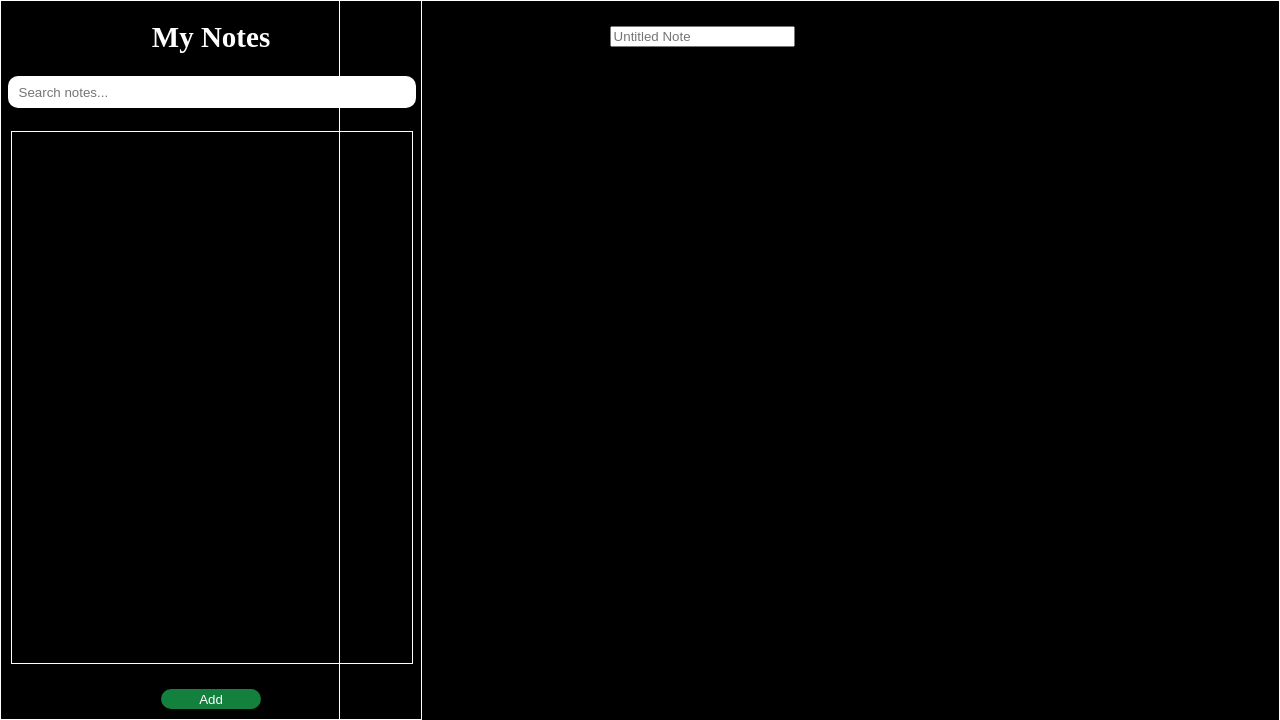
Repository: dmpelaez/myNotes
Page: QuickNotes.html
An editor plug-in stored every save of this project. The page is shown before and after the next save, followed by the edit.
The browser window is 1280 px wide. The pictures show the whole page.

Above is the page before, as saved 2025-12-18 21:06:32.

### QuickNotes.html
<!DOCTYPE html>

  <html>

    <head>

      <title>Quick Notes</title>

      <!--CSS LINK-->
      <link rel="stylesheet" href="QuickNotes.css">
    </head>
    <body>

      <!--Note section-->
      <aside class="aside-section">

        <!--My notes part-->
        <div class="myNotes">
          <p class="my-notes-text">My Notes</p>
        </div>
        <!--Search notes-->
        <div class="input-box">
          <input class="input" placeholder="Search notes...">
        </div>
        <!--Notes-->
        <div class="note-list"></div>
        <!--add button-->
        <button class="add-button">Add</button>

      </aside>

      <!---Typing section-->
      <main class="main-section">

        <!--Header-->
        <div class="header-section">

          <input class="title-notes" placeholder="Untitled Note">

        </div>

      </main>


    </body>

  </html>

### QuickNotes.css
body {
  margin: 0;
  padding: 0;
  background: black;
  box-sizing: border-box;
}
* {
  color: rgb(255, 255, 255);
}
.aside-section {
  border: 1px solid white;
  display: grid;
  width: 400px;
  position: fixed;
  bottom: 0;
  top: 0;
  grid-template-rows: 40px 30px 1fr 20px;
  padding: 10px;
  gap: 25px;

}

.my-notes-text {
  display: flex;
  margin: 0px;
  justify-self: center;
  align-self: center;
  margin-top: 10px;
}
.note-list {
  border: 1px solid white;
  width: 100%;
}

.my-notes-text {
  font-weight: bold;
  font-size: 29px;
}

.input {
  color: black;
  display: flex;
  align-self: center;
  justify-self: center;
  Width: 99%;
  height: 100%;
  border-radius: 10px;
  border: none;
  outline: none;
  padding-left: 10px;
  margin-left: 1px;
}
.input::placeholder {
  padding-left: 1px;

}

.add-button {
  width: 100px;
  display: flex;
  justify-self: center;
  background: rgb(19, 128, 61);
  border: none;
  border-radius: 10px;
  color: white;
  font-family: arial;
  align-items: center;
  justify-content: center;
  cursor: pointer;
}

.note-list {
  display: grid;
}

.main-section {
  position: fixed;
  left: 26.5%;
  border: 1px solid white;
  right: 0px;
  height: 100%;
  display: grid;
  grid-template-rows: 70px 1fr 100px;

}

.header-section {
  display: flex;
  justify-self: center;
  align-self: center;
  width: 400px;
}

After the next save:
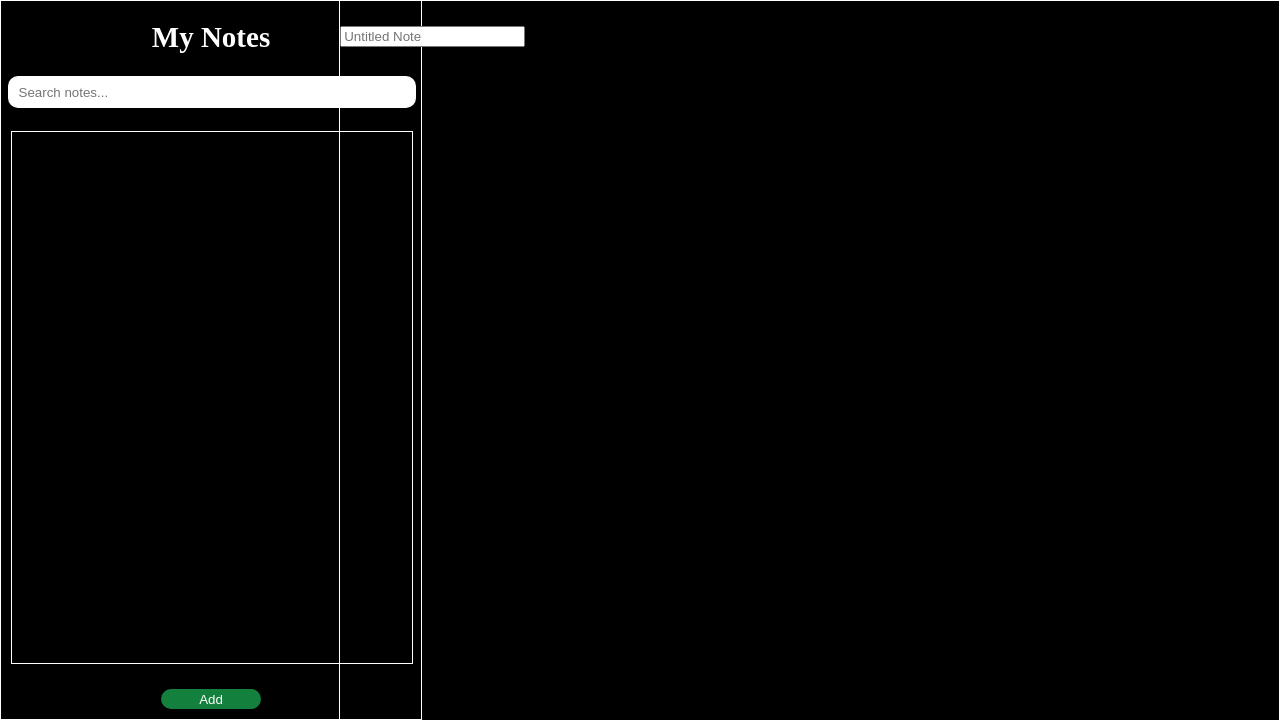
Saved 9 s later.
--- a/QuickNotes.css
+++ b/QuickNotes.css
@@ -86,7 +86,7 @@ body {
 
 .header-section {
   display: flex;
-  justify-self: center;
+  justify-self: start;
   align-self: center;
   width: 400px;
 }
